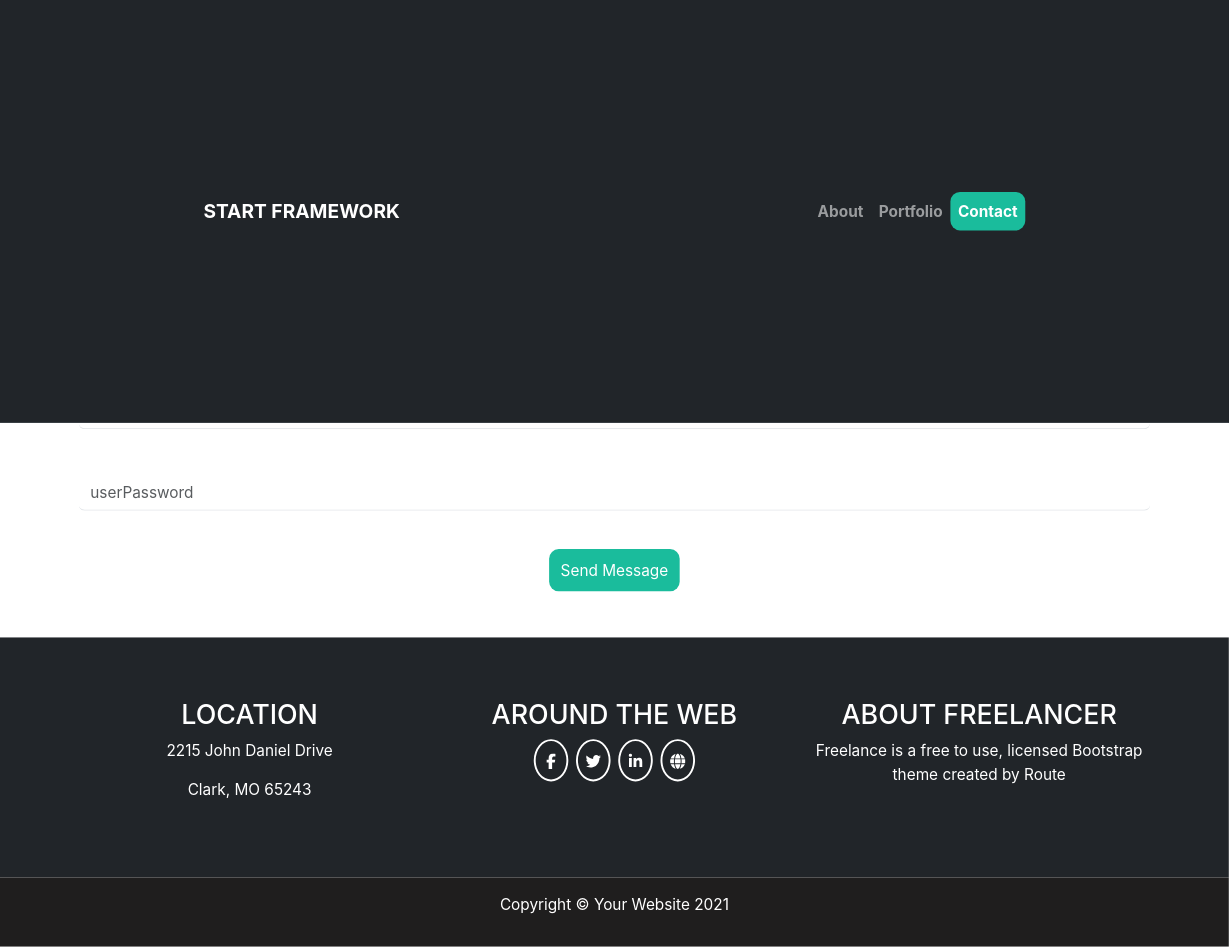
Repository: YomnaWegdan/startFramework
Page: /contact
These files come from the project's save history. The page is drawn as it stood at one moment and after the next save; the edit follows.
The browser window is 1280 px wide. The pictures show the whole page, at 96% of full size.
The project was rebuilt for these pictures with package versions that can differ from the ones it lists, and the page was loaded fresh each time. Also part of the build but not shown: src/Components/Home.jsx, src/Components/About.jsx, src/Components/Error.jsx, src/Components/Portfolio.jsx.

Above is the page before, as saved 2024-02-06 00:13:37.

### src/index.js
import React from 'react';
import ReactDOM from 'react-dom/client';
import 'bootstrap/dist/css/bootstrap.min.css'
import 'bootstrap/dist/js/bootstrap.bundle.min.js'

import './index.css';
import App from './App';
import reportWebVitals from './reportWebVitals';

const root = ReactDOM.createRoot(document.getElementById('root'));
root.render(
  <React.StrictMode>
    <App />
  </React.StrictMode>
);

// If you want to start measuring performance in your app, pass a function
// to log results (for example: reportWebVitals(console.log))
// or send to an analytics endpoint. Learn more: https://bit.ly/CRA-vitals
reportWebVitals();

### src/index.css
body {
  margin: 0;
  font-family: -apple-system, BlinkMacSystemFont, 'Segoe UI', 'Roboto', 'Oxygen',
    'Ubuntu', 'Cantarell', 'Fira Sans', 'Droid Sans', 'Helvetica Neue',
    sans-serif;
  -webkit-font-smoothing: antialiased;
  -moz-osx-font-smoothing: grayscale;
}

code {
  font-family: source-code-pro, Menlo, Monaco, Consolas, 'Courier New',
    monospace;
}
.w-20{
  width: 20%;
}
.home , .about{
  background-color: #1ABC9C;
}
.line{
  background-color: white;
  width: 70px;
  height: 4px;
}
h2{
  font-size: 40px;
}
h3{
  font-weight: 500;
  font-size: 28px;
}
.footer-header {
  background-color: #212529;
}
div.footer{
  background-color: #1f1e1e;
}
.active{
  background-color: #1ABC9C;
  border-radius: 10px;
  color: white;
}

div.inner .img-overlay{
  transition: 0.8s all;
}

div.inner:hover .img-overlay{
  background-color: #1abc9ce6 !important;
  position: absolute;
  top: 0;
  left: 0;
  width: 100%;
  height: 100%;
}

div.inner:hover .plus{
  display: block;
  font-size: 100px;
  color: white;

}
.model{
  background-color: rgba(0, 0, 0, 0.6) !important;
}
.form-control:focus {
  border-color: #eee;
  box-shadow: none;
}
  button{
    background-color: #1ABC9C;
    border: none;
    padding: 10px 12px;
    border-radius: 10px;
    color: white;
    margin-top: 40px ;
  }

### src/App.js
import { RouterProvider, createBrowserRouter } from 'react-router-dom';
import './App.css';
import Layout from './Components/Layout';
import Home from './Components/Home';
import About from './Components/About';
import Contact from './Components/Contact';
import Error from './Components/Error';
import Portfolio from './Components/Portfolio';

function App() {

  let routes = createBrowserRouter([{
    path:'', element:<Layout/> , children:[
      {index:true , element:<Home/>},
      {path:'/about' , element:<About/>},
      {path:'/portfolio' , element:<Portfolio/>},
      {path:'/contact' , element:<Contact/>},
      {path:'*' , element:<Error/>},




    ]
  }])
  return (
    <div className="App">
    <RouterProvider router={routes}></RouterProvider>
    </div>
  );
}

export default App;

### src/Components/Layout.jsx
import React from 'react'
import Navbar from './Navbar'
import { Outlet } from 'react-router-dom'
import Footer from './Footer'

export default function Layout() {
  return (
    <div>
      <Navbar/>
      <Outlet></Outlet>
      <Footer/>
    </div>
  )
}

### src/Components/Contact.jsx
import React, { Fragment } from "react";
import { FaStar } from "react-icons/fa6";

export default function Contact() {
  return (
    <Fragment>
      <section className="contact py-5  ">
        <div className="container h-100">
          <div className="row g-5 h-100 align-items-center justify-content-center align-content-center">
            <div className="col-md-12">
              <h2 className="pt-5">CONTACT COMPONENT</h2>
              <div className="d-flex justify-content-center align-items-center my-3">
                <div className="line text-bg-dark"></div>
                <FaStar className=" mx-2 " />
                <div className="line text-bg-dark"></div>
              </div>
            </div>

            <div className=" col-md-12">
              <form>
                <input
                  className=" form-control border-top-0 border-start-0 border-end-0  border-bottom-3 "
                  placeholder="userName"
                  name="name"
                />
                <input
                  className=" form-control border-top-0 border-start-0 border-end-0  border-bottom-3 my-5"
                  placeholder="userAge"
                  name="age"
                  type="number"
                />
                <input
                  className=" form-control border-top-0 border-start-0 border-end-0  border-bottom-3 mb-5"
                  placeholder="userEmail"
                  name="email"
                  type="email"
                />
                <input
                  className=" form-control border-top-0 border-start-0 border-end-0  border-bottom-3"
                  placeholder="userPassword"
                  name="password"
                  type=" password"
                />
                <button className="">Send Message</button>
              </form>
            </div>
          </div>
        </div>
      </section>
    </Fragment>
  );
}

### src/Components/Navbar.jsx
import React, { useEffect, useState } from "react";
import { NavLink } from "react-router-dom";

export default function Navbar() {
  const [scroll , setScroll] = useState(0)

  const handleScroll=()=>{
    setScroll(window.scrollY)
  }
  const navbarPadding = scroll > 400 ? '30px' : '200px';

  return (
    <>
      <nav style={{padding:navbarPadding}}
        className="navbar navbar-expand-lg bg-dark border-bottom border-body  fixed-top fw-bold  "
        data-bs-theme="dark"
      >
        <div className="container">
          <NavLink className="navbar-brand" to="/">
            START FRAMEWORK
          </NavLink>
          <button
            className="navbar-toggler"
            type="button"
            data-bs-toggle="collapse"
            data-bs-target="#navbarSupportedContent"
            aria-controls="navbarSupportedContent"
            aria-expanded="false"
            aria-label="Toggle navigation"
          >
            <span className="navbar-toggler-icon"></span>
          </button>
          <div className="collapse navbar-collapse" id="navbarSupportedContent">
            <ul className="navbar-nav ms-auto mb-2 mb-lg-0">
              <li className="nav-item">
                <NavLink className="nav-link" to="/about">
                  About
                </NavLink>
              </li>
              <li className="nav-item">
                <NavLink className="nav-link" to="/portfolio">
                  Portfolio
                </NavLink>
              </li>
              <li className="nav-item">
                <NavLink className="nav-link" to="/Contact">
                  Contact
                </NavLink>
              </li>
            </ul>
          </div>
        </div>
      </nav>
    </>
  );
}

### src/Components/Footer.jsx
import React from "react";
import { FaFacebookF, FaGlobe, FaLinkedinIn, FaTwitter } from "react-icons/fa6";

export default function Footer() {
  return (
    <>
      <footer className=" text-white">
      <div className="footer-header py-5">
        <div className="container py-3">
          <div className="row">
            <div className="col-lg-4 col-md-6">
              <h3>LOCATION</h3>
              <p>2215 John Daniel Drive</p>
              <p>Clark, MO 65243</p>
            </div>
            <div className="col-lg-4 col-md-6">
            <h3>AROUND THE WEB</h3>
            <ul className="d-flex justify-content-center align-items-center list-unstyled">
            <li className="p-2 rounded-circle border border-white border-2"> <FaFacebookF /> </li>
            <li className="p-2 rounded-circle border border-white border-2 mx-2"> <FaTwitter/> </li>
            <li className="p-2 rounded-circle border border-white border-2 me-2"> <FaLinkedinIn /> </li>
            <li className="p-2 rounded-circle border border-white border-2"> <FaGlobe /> </li>
            </ul>
            </div>
            <div className="col-lg-4 col-md-6">
              <h3>ABOUT FREELANCER</h3>
              <p>Freelance is a free to use, licensed Bootstrap theme created by Route</p>
            </div>
          </div>
        </div>
        </div>
        <div className="footer py-3">
        <p>Copyright © Your Website 2021</p>
        </div>
      </footer>

    </>
  );
}

Loaded but not shown: public/index.html (common file); src/reportWebVitals.js (common file); src/App.css (common file)

After the next save:
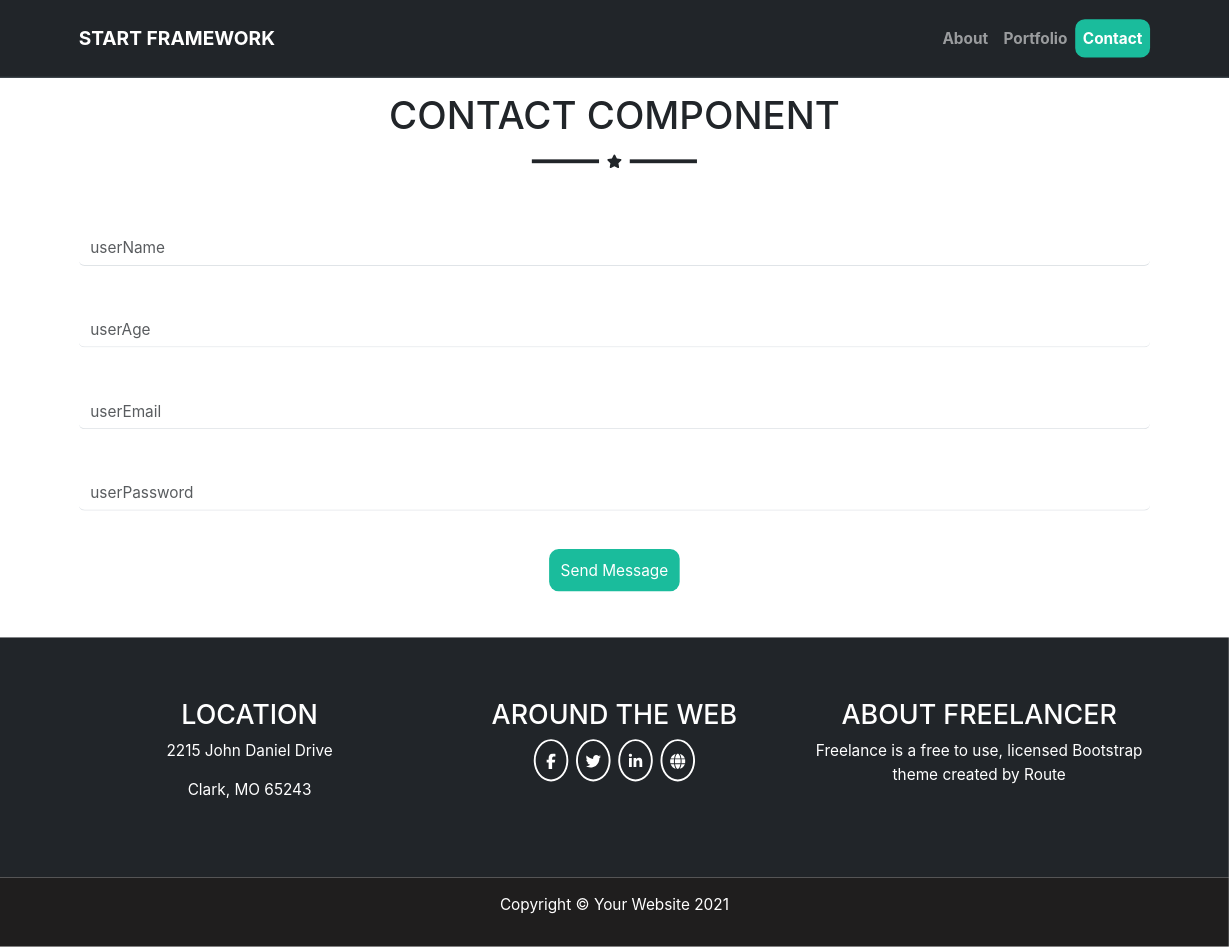
Saved 4 s later.
--- a/src/Components/Navbar.jsx
+++ b/src/Components/Navbar.jsx
@@ -7,7 +7,7 @@ export default function Navbar() {
   const handleScroll=()=>{
     setScroll(window.scrollY)
   }
-  const navbarPadding = scroll > 400 ? '30px' : '200px';
+  const navbarPadding = scroll > 400 ? '30px' : '20px';
 
   return (
     <>
